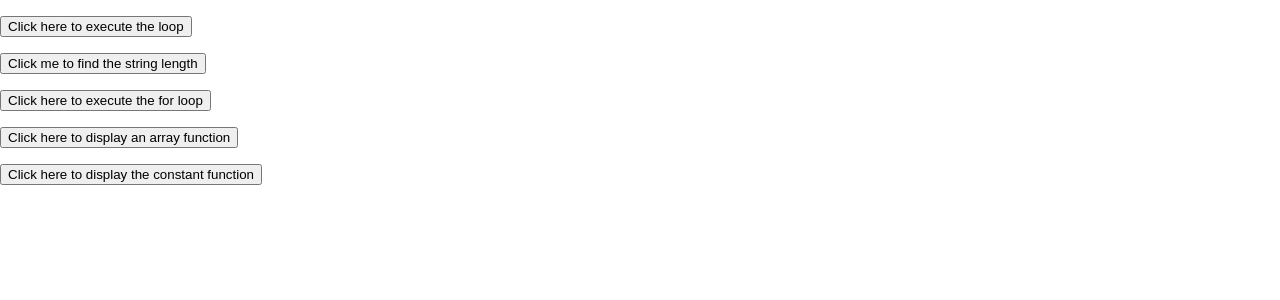
Repository: andyd71/Javascript-Projects
Page: Basic Javascript Projects/Project10_loops_arrays/index.html
These files come from the project's save history. The page is drawn as it stood at one moment and after the next save; the edit follows.
The browser window is 1280 px wide. The pictures show the whole page.

Above is the page before, as saved 2021-03-20 10:55:50.

### Basic Javascript Projects/Project10_loops_arrays/index.html
<!doctype html>
<html lang="en">
  <head>
    <!-- Required meta tags -->
    <meta charset="utf-8">
    <meta name="viewport" content="width=device-width, initial-scale=1, shrink-to-fit=no">
    <script src="JS/main.js" defer></script>
    <link rel="stylesheet" type="text/css" href="CSS/main.css">
  </head>
  <body>
      <p id="Loop"></p>
      <button onclick="Call_Loop()">Click here to execute the loop</button>
      <p id="Str_length"></p>
      <button onclick="str_length()">Click me to find the string length</button>
      <p id="List_of_Instruments"></p>
      <button onclick="for_Loop()">Click here to execute the for loop</button>
      <p id="Array"></p>
      <button onclick="array_Function()">Click here to display an array function</button>
      <p id="Constant"></p>
      <button onclick="constant_function()">Click here to display the constant function</button>
</body>
</html>

### Basic Javascript Projects/Project10_loops_arrays/JS/main.js
function Call_Loop() {
    var Digit = "";
    var X = 50;
    while (X > 0) {
        Digit += "<br>" + X;
        X--;
    }
    document.getElementById("Loop").innerHTML = Digit;
}

function Str_length() {
    var str = "Boys will be boys";
    var n = str.length;
    document.getElementById("str_length").innerHTML = n;
}

### Basic JavaScript Projects/Project9_countdown_slideshow/CSS/main.css
* {box-sizing: border-box}
body {font-family: Verdana, sans-serif; margin:0}
.mySlides {display: none}
img {vertical-align: middle;}

/*Slideshow container*/
.slideshow-container {
    max-width: 1000px;
    position: relative;
    margin: auto;
}

/*Next and previous buttons*/
.prev, .next {
    cursor: pointer;
    position: absolute;
    top: 50%;
    width: auto;
    padding: 16px;
    margin-top: -22px;
    color: white;
    font-weight: bold;
    font-size: 18px;
    transition: 0.6s ease;
    border-radius: 0 3px 3px 0;
    user-select: none;

}

/*Position the next button to the right*/
.next {
    right: 0;
    border-radius: 3px 0 0 3px;
}

/*On hover, add a black background color with a little bit see-through*/
.prev:hover, .next:hover {
    background-color: rgba(0, 0, 0, 0.8);
}
/*Caption text*/
.text {
    color: #f2f2f2;
    font-size: 15px;
    padding: 8px 12px;
    position: absolute;
    bottom: 8px;
    width: 100%;
    text-align: center;
}

/*Number text (1/3 etc*/
.numbertext {
    color: #f2f2f2;
    font-size: 12px;
    padding: 8px 12px;
    position: absolute;
    top: 0;
}

/*The dots/bullets/indicators*/
.dot {
 cursor: pointer;
 height: 15px;
 width: 15px;
 margin: 0 2px;
 background-color: #bbb;
 border-radius: 50%;
 display: inline-block;
 transition: background-color 0.6s ease;
}

.active, .dot:hover {
    background-color: #717171;

}

/*Fading animation*/
.fade {
    -webkit-animation-name: fade;
    -webkit-animation-duration: 1.5s;
    animation-name: fade;
    animation-duration: 1.5s;
}

@-webkit-keyframes fade {
    from {opacity: .4}
    to {opacity: 1}
}

@keyframes fade {
    from {opacity: .4}
    to {opacity: 1}
}

/*On smaller screens, decrease text size*/
@media only screen and (max-width: 300px) {
    .prev, .next, .text {font-size: 11px}
}

After the next save:
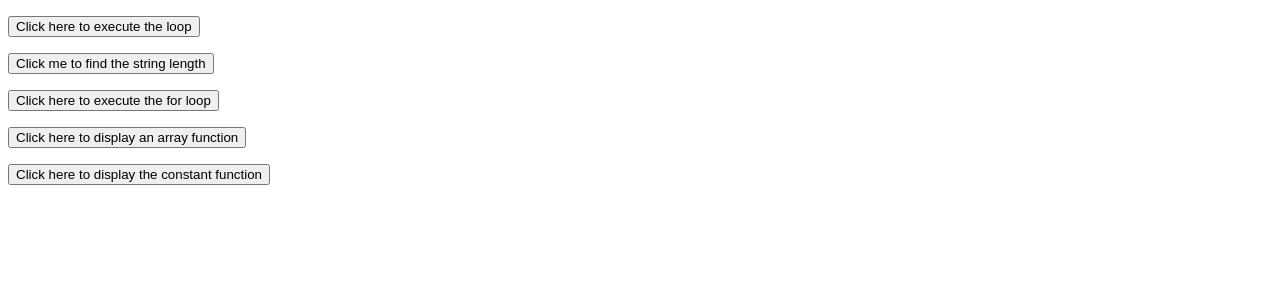
Saved 10 h 34 min later.
--- a/Basic Javascript Projects/Project10_loops_arrays/index.html
+++ b/Basic Javascript Projects/Project10_loops_arrays/index.html
@@ -4,8 +4,8 @@
     <!-- Required meta tags -->
     <meta charset="utf-8">
     <meta name="viewport" content="width=device-width, initial-scale=1, shrink-to-fit=no">
-    <script src="JS/main.js" defer></script>
-    <link rel="stylesheet" type="text/css" href="CSS/main.css">
+
+
   </head>
   <body>
       <p id="Loop"></p>
@@ -18,5 +18,8 @@
       <button onclick="array_Function()">Click here to display an array function</button>
       <p id="Constant"></p>
       <button onclick="constant_function()">Click here to display the constant function</button>
+
+
+      <script src="JS/main.js"></script>
 </body>
 </html>
